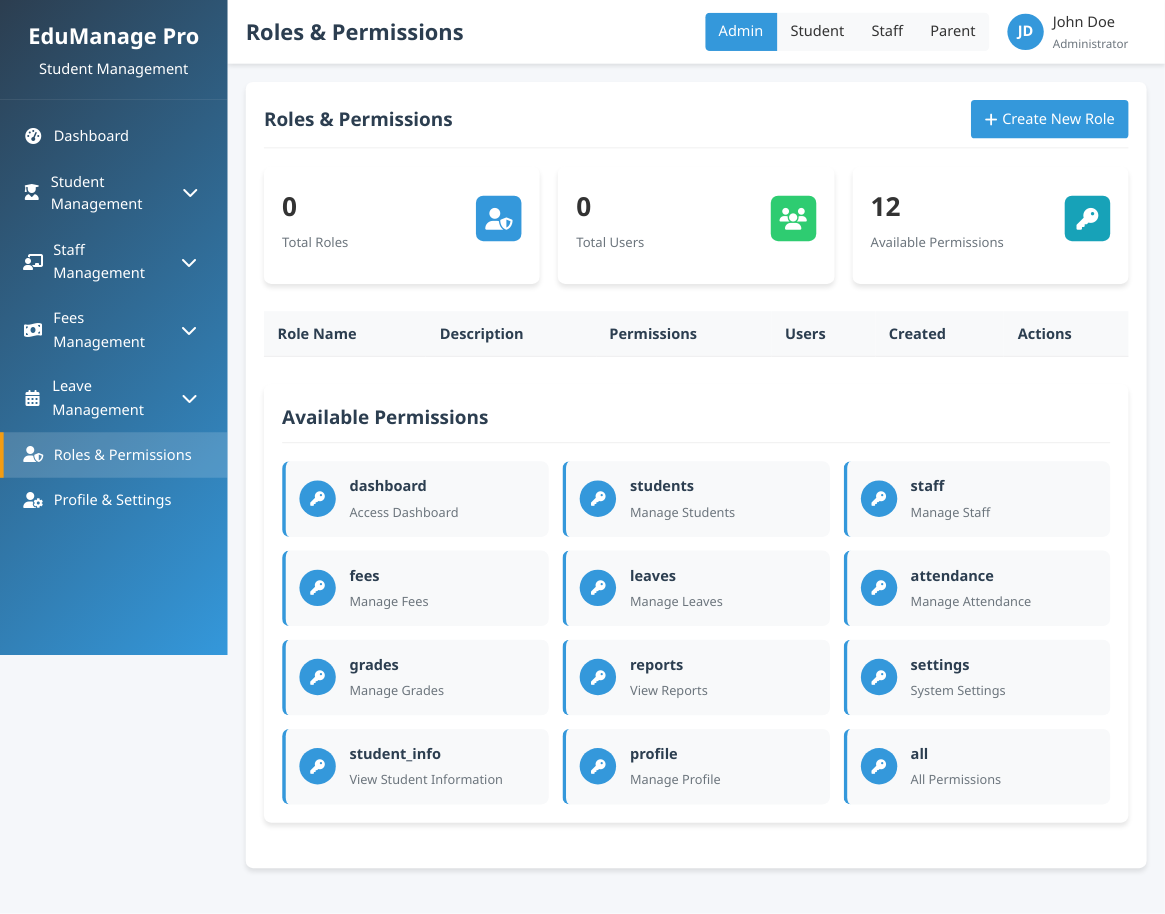
Repository: ZainJaved869/Student_Managment_System
Page: http://localhost/roles
The author's editor kept a copy of each file at every save. The page is drawn from the files as they stood at one save, then again after the next save.
The browser window is 1280 px wide. The pictures show the whole page, at 91% of full size.
The page is served by the project's Laravel application, run on PHP 8.4 with Laravel 12. A made-up administrator, Test User (test@example.com), is signed in. Other server files are loaded and not shown. Queries for data that is not in the repository find no rows.

Above is the page before, as saved 2025-11-28 21:48:15.

### routes/web.php
<?php

use App\Http\Controllers\DashboardController;
use App\Http\Controllers\StudentController;
use App\Http\Controllers\StaffController;
use App\Http\Controllers\FeeController;
use App\Http\Controllers\LeaveController;
use App\Http\Controllers\RoleController;
use App\Http\Controllers\ProfileController;

Route::get('/', [DashboardController::class, 'index'])->name('dashboard');

// Student Management Routes
Route::resource('students', StudentController::class);
Route::post('/students/bulk-delete', [StudentController::class, 'bulkDelete'])->name('students.bulk.delete');

// Staff Management Routes
Route::resource('staff', StaffController::class);
Route::post('/staff/bulk-delete', [StaffController::class, 'bulkDelete'])->name('staff.bulk.delete');

// Fees Management Routes
Route::resource('fees', FeeController::class);
Route::post('/fees/bulk-delete', [FeeController::class, 'bulkDelete'])->name('fees.bulk.delete');
Route::post('/fees/{id}/mark-as-paid', [FeeController::class, 'markAsPaid'])->name('fees.markAsPaid');

// Leave Management Routes
Route::resource('leaves', LeaveController::class);
Route::post('/leaves/bulk-delete', [LeaveController::class, 'bulkDelete'])->name('leaves.bulk.delete');
Route::post('/leaves/{id}/approve', [LeaveController::class, 'approve'])->name('leaves.approve');
Route::post('/leaves/{id}/reject', [LeaveController::class, 'reject'])->name('leaves.reject');

// Profile & Settings
Route::get('/profile', [ProfileController::class, 'edit'])->name('profile.edit');
Route::put('/profile', [ProfileController::class, 'update'])->name('profile.update');

// Roles & Permissions
// Roles & Permissions Routes
Route::resource('roles', RoleController::class);
Route::get('/roles/{id}/users', [RoleController::class, 'users'])->name('roles.users');
Route::post('/roles/{id}/assign-user', [RoleController::class, 'assignUser'])->name('roles.assignUser');
Route::delete('/roles/{roleId}/remove-user/{userId}', [RoleController::class, 'removeUser'])->name('roles.removeUser');

### app/Models/User.php
<?php

namespace App\Models;

use Illuminate\Database\Eloquent\Factories\HasFactory;
use Illuminate\Foundation\Auth\User as Authenticatable;
use Illuminate\Notifications\Notifiable;

class User extends Authenticatable
{
    use HasFactory, Notifiable;

    protected $fillable = [
        'name',
        'email',
        'password',
        'role_id',
        'status'
    ];

    protected $hidden = [
        'password',
        'remember_token',
    ];

    protected function casts(): array
    {
        return [
            'email_verified_at' => 'datetime',
            'password' => 'hashed',
        ];
    }

    // Relationship with Role
    public function role()
    {
        return $this->belongsTo(Role::class);
    }

    // Check if user has permission
    public function hasPermission($permission)
    {
        if (!$this->role) {
            return false;
        }

        return $this->role->hasPermission($permission);
    }

    // Check if user is administrator
    public function isAdministrator()
    {
        return $this->role && $this->role->name === 'Administrator';
    }
}

### app/Models/Role.php
<?php

namespace App\Models;

use Illuminate\Database\Eloquent\Factories\HasFactory;
use Illuminate\Database\Eloquent\Model;
use Illuminate\Database\Eloquent\SoftDeletes;

class Role extends Model
{
    use HasFactory, SoftDeletes;

    protected $fillable = [
        'name',
        'description',
        'permissions',
        'users_count',
        'is_system'
    ];

    protected $casts = [
        'permissions' => 'array',
        'is_system' => 'boolean'
    ];

    // Relationship with Users
    public function users()
    {
        return $this->hasMany(User::class, 'role_id');
    }

    // Check if role has a specific permission
    public function hasPermission($permission)
    {
        $permissions = $this->permissions ?? [];

        if (in_array('all', $permissions)) {
            return true;
        }

        return in_array($permission, $permissions);
    }

    // Add a permission to the role
    public function addPermission($permission)
    {
        $permissions = $this->permissions ?? [];
        if (!in_array($permission, $permissions)) {
            $permissions[] = $permission;
            $this->permissions = $permissions;
        }
        return $this;
    }

    // Remove a permission from the role
    public function removePermission($permission)
    {
        $permissions = $this->permissions ?? [];
        $key = array_search($permission, $permissions);
        if ($key !== false) {
            unset($permissions[$key]);
            $this->permissions = array_values($permissions);
        }
        return $this;
    }

    // Get users count (dynamic)
    public function getUsersCountAttribute()
    {
        return $this->users()->count();
    }
}

### resources/views/roles/index.blade.php
@extends('layouts.app')

@section('title', 'Roles & Permissions')

@section('content')
<div class="section">
    <div class="section-header">
        <h2 class="section-title">Roles & Permissions</h2>
        <div>
            <a href="{{ route('roles.create') }}" class="btn btn-primary">
                <i class="fas fa-plus"></i> Create New Role
            </a>
        </div>
    </div>

    <!-- Summary Cards -->
    <div class="dashboard-cards" style="margin-bottom: 30px;">
        <div class="card">
            <div class="card-header">
                <div>
                    <div class="card-stats">{{ count($roles) }}</div>
                    <div class="card-title">Total Roles</div>
                </div>
                <div class="card-icon" style="background-color: var(--primary);">
                    <i class="fas fa-user-shield"></i>
                </div>
            </div>
        </div>
        <div class="card">
            <div class="card-header">
                <div>
                    @php
                          $totalUsers = $roles->sum('users_count');
                    @endphp
                    <div class="card-stats">{{ $totalUsers }}</div>
                    <div class="card-title">Total Users</div>
                </div>
                <div class="card-icon" style="background-color: var(--success);">
                    <i class="fas fa-users"></i>
                </div>
            </div>
        </div>
        <div class="card">
            <div class="card-header">
                <div>
                    <div class="card-stats">{{ count($permissions) }}</div>
                    <div class="card-title">Available Permissions</div>
                </div>
                <div class="card-icon" style="background-color: var(--info);">
                    <i class="fas fa-key"></i>
                </div>
            </div>
        </div>
    </div>

    <div class="table-responsive">
        <table class="table">
            <thead>
                <tr>
                    <th>Role Name</th>
                    <th>Description</th>
                    <th>Permissions</th>
                    <th>Users</th>
                    <th>Created</th>
                    <th>Actions</th>
                </tr>
            </thead>
            <tbody>
                @foreach($roles as $role)
                <tr>
                    <td>
                        <div class="d-flex align-items-center">
                            <div class="user-avatar" style="width: 35px; height: 35px; font-size: 0.8rem; margin-right: 10px; background-color: var(--primary);">
                                <i class="fas fa-user-shield"></i>
                            </div>
                            <strong>{{ $role['name'] }}</strong>
                        </div>
                    </td>
                    <td>{{ $role['description'] }}</td>
                    <td>
                        <div class="permissions-list">
                            @if(in_array('all', $role['permissions']))
                                <span class="badge badge-success">All Permissions</span>
                            @else
                                @foreach(array_slice($role['permissions'], 0, 3) as $permission)
                                    <span class="badge badge-primary" title="{{ $permissions[$permission] ?? $permission }}">
                                        {{ $permission }}
                                    </span>
                                @endforeach
                                @if(count($role['permissions']) > 3)
                                    <span class="badge badge-secondary">
                                        +{{ count($role['permissions']) - 3 }} more
                                    </span>
                                @endif
                            @endif
                        </div>
                    </td>
                    <td>
                        <span class="badge badge-info">{{ $role['users_count'] }} users</span>
                    </td>
                    <td>{{ date('M d, Y', strtotime($role['created_at'])) }}</td>
                    <td>
                        <div class="action-buttons">
                            <a href="{{ route('roles.users', $role['id']) }}" class="btn btn-sm" title="View Users">
                                <i class="fas fa-users text-info"></i>
                            </a>
                            <a href="{{ route('roles.edit', $role['id']) }}" class="btn btn-sm" title="Edit Role">
                                <i class="fas fa-edit text-primary"></i>
                            </a>
                            @if($role['name'] !== 'Administrator')
                            <form action="{{ route('roles.destroy', $role['id']) }}" method="POST" style="display: inline;">
                                @csrf
                                @method('DELETE')
                                <button type="submit" class="btn btn-sm" title="Delete" onclick="return confirm('Are you sure you want to delete this role?')">
                                    <i class="fas fa-trash text-danger"></i>
                                </button>
                            </form>
                            @endif
                        </div>
                    </td>
                </tr>
                @endforeach
            </tbody>
        </table>
    </div>

    <!-- Permissions Overview -->
    <div class="section" style="margin-top: 30px;">
        <div class="section-header">
            <h2 class="section-title">Available Permissions</h2>
        </div>
        <div class="permissions-grid">
            @foreach($permissions as $key => $description)
            <div class="permission-item">
                <div class="permission-icon">
                    <i class="fas fa-key"></i>
                </div>
                <div class="permission-info">
                    <strong>{{ $key }}</strong>
                    <p>{{ $description }}</p>
                </div>
            </div>
            @endforeach
        </div>
    </div>
</div>

<style>
.action-buttons {
    display: flex;
    gap: 5px;
}

.action-buttons .btn {
    padding: 5px 8px;
    border: none;
    background: none;
    cursor: pointer;
}

.permissions-list {
    display: flex;
    flex-wrap: wrap;
    gap: 5px;
}

.permissions-grid {
    display: grid;
    grid-template-columns: repeat(auto-fill, minmax(250px, 1fr));
    gap: 15px;
    margin-top: 15px;
}

.permission-item {
    display: flex;
    align-items: center;
    padding: 15px;
    background: #f8f9fa;
    border-radius: 8px;
    border-left: 4px solid var(--primary);
}

.permission-icon {
    width: 40px;
    height: 40px;
    background: var(--primary);
    border-radius: 50%;
    display: flex;
    align-items: center;
    justify-content: center;
    color: white;
    margin-right: 15px;
}

.permission-info strong {
    display: block;
    color: var(--secondary);
}

.permission-info p {
    margin: 5px 0 0 0;
    color: #6c757d;
    font-size: 0.875rem;
}
</style>
@endsection

### resources/views/partials/sidebar.blade.php
<!-- Sidebar -->
<div class="sidebar">
    <div class="sidebar-header">
        <h2>EduManage Pro</h2>
        <p>Student Management</p>
    </div>
    <div class="sidebar-menu">
        <a href="{{ route('dashboard') }}" class="menu-item {{ request()->is('/') ? 'active' : '' }}">
            <i class="fas fa-tachometer-alt"></i>
            <span>Dashboard</span>
        </a>

        <div class="menu-item" id="student-management-menu">
            <i class="fas fa-user-graduate"></i>
            <span>Student Management</span>
            <i class="fas fa-chevron-down ml-auto"></i>
        </div>
        <div class="submenu" id="student-management-submenu">
            <a href="{{ route('students.index') }}" class="submenu-item {{ request()->is('students*') && !request()->is('students/create') ? 'active' : '' }}">
                <i class="fas fa-list"></i>
                <span>Student List</span>
            </a>
            <a href="{{ route('students.create') }}" class="submenu-item {{ request()->is('students/create') ? 'active' : '' }}">
                <i class="fas fa-plus"></i>
                <span>Add Student</span>
            </a>
        </div>

        <div class="menu-item" id="staff-management-menu">
            <i class="fas fa-chalkboard-teacher"></i>
            <span>Staff Management</span>
            <i class="fas fa-chevron-down ml-auto"></i>
        </div>
        <div class="submenu" id="staff-management-submenu">
            <a href="{{ route('staff.index') }}" class="submenu-item {{ request()->is('staff*') && !request()->is('staff/create') ? 'active' : '' }}">
                <i class="fas fa-list"></i>
                <span>Staff List</span>
            </a>
            <a href="{{ route('staff.create') }}" class="submenu-item {{ request()->is('staff/create') ? 'active' : '' }}">
                <i class="fas fa-plus"></i>
                <span>Add Staff</span>
            </a>
        </div>

        <div class="menu-item" id="fees-management-menu">
            <i class="fas fa-money-bill-wave"></i>
            <span>Fees Management</span>
            <i class="fas fa-chevron-down ml-auto"></i>
        </div>
        <div class="submenu" id="fees-management-submenu">
            <a href="{{ route('fees.index') }}" class="submenu-item {{ request()->is('fees*') && !request()->is('fees/create') ? 'active' : '' }}">
                <i class="fas fa-list"></i>
                <span>Fees Records</span>
            </a>
            <a href="{{ route('fees.create') }}" class="submenu-item {{ request()->is('fees/create') ? 'active' : '' }}">
                <i class="fas fa-plus"></i>
                <span>Collect Fees</span>
            </a>
        </div>

        <div class="menu-item" id="leave-management-menu">
            <i class="fas fa-calendar-alt"></i>
            <span>Leave Management</span>
            <i class="fas fa-chevron-down ml-auto"></i>
        </div>
        <div class="submenu" id="leave-management-submenu">
            <a href="{{ route('leaves.index') }}" class="submenu-item {{ request()->is('leaves*') && !request()->is('leaves/create') ? 'active' : '' }}">
                <i class="fas fa-list"></i>
                <span>Leave Applications</span>
            </a>
            <a href="{{ route('leaves.create') }}" class="submenu-item {{ request()->is('leaves/create') ? 'active' : '' }}">
                <i class="fas fa-plus"></i>
                <span>Apply for Leave</span>
            </a>
        </div>

        <a href="{{ route('roles.index') }}" class="menu-item {{ request()->is('roles*') ? 'active' : '' }}">
            <i class="fas fa-user-shield"></i>
            <span>Roles & Permissions</span>
        </a>

        <a href="{{ route('profile.edit') }}" class="menu-item {{ request()->is('profile*') ? 'active' : '' }}">
            <i class="fas fa-user-cog"></i>
            <span>Profile & Settings</span>
        </a>
    </div>
</div>

### resources/views/partials/header.blade.php
<!-- Header -->
<div class="header">
    <div class="header-left">
        <h1>@yield('title', 'Dashboard Overview')</h1>
    </div>
    <div class="header-right">
        <div class="panel-selector">
            <div class="panel-btn active" data-panel="admin">Admin</div>
            <div class="panel-btn" data-panel="student">Student</div>
            <div class="panel-btn" data-panel="staff">Staff</div>
            <div class="panel-btn" data-panel="parent">Parent</div>
        </div>
        <div class="user-info">
            <div class="user-avatar">JD</div>
            <div>
                <div>John Doe</div>
                <div style="font-size: 0.8rem; color: #6c757d;">Administrator</div>
            </div>
        </div>
    </div>
</div>

Loaded but not shown: app/Http/Controllers/Controller.php (common file); resources/views/layouts/app.blade.php (636 lines, source omitted); app/Http/Controllers/RoleController.php (233 lines, source omitted)

After the next save:
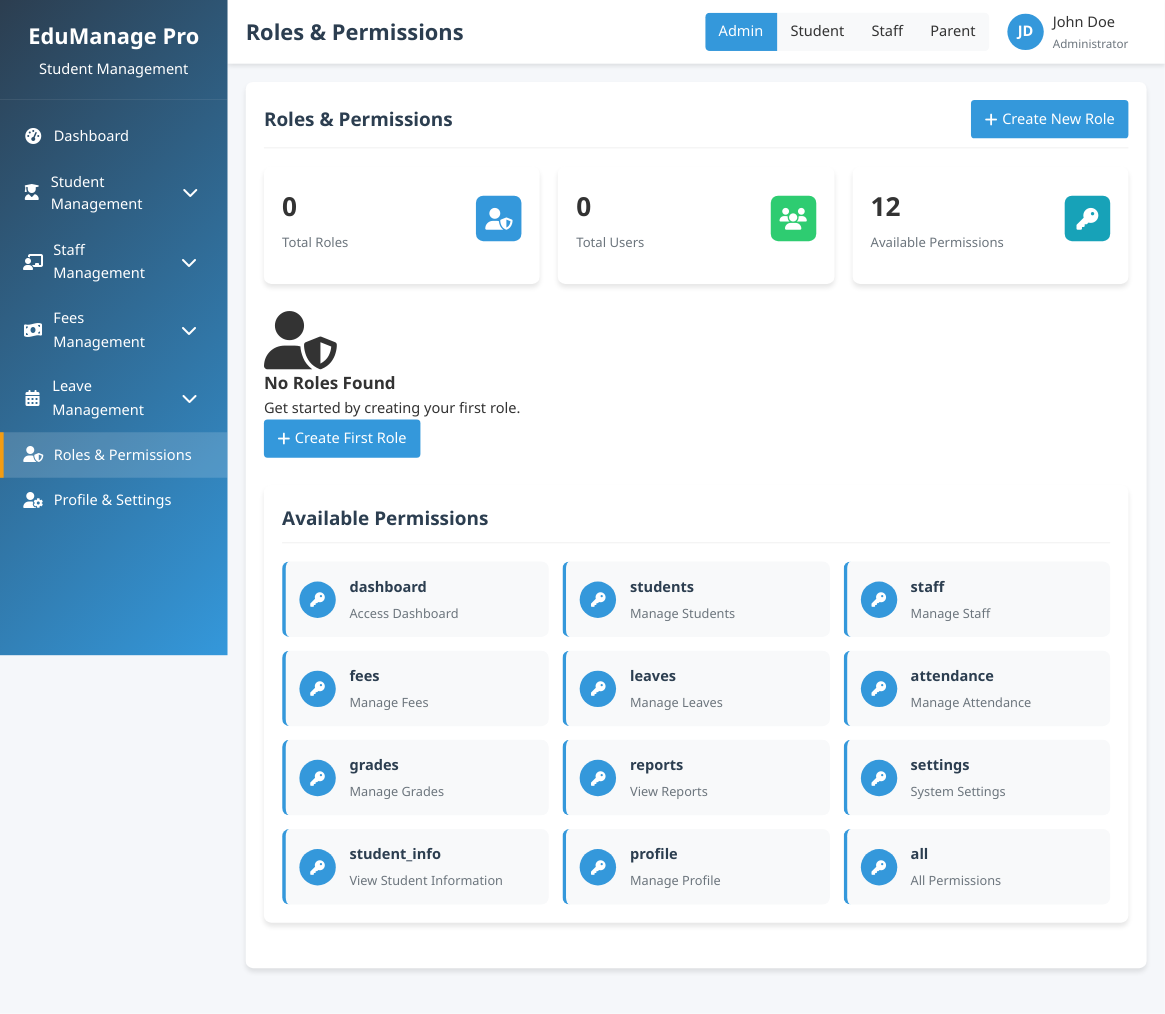
Saved 22 s later.
--- a/resources/views/roles/index.blade.php
+++ b/resources/views/roles/index.blade.php
@@ -18,7 +18,7 @@
         <div class="card">
             <div class="card-header">
                 <div>
-                    <div class="card-stats">{{ count($roles) }}</div>
+                    <div class="card-stats">{{ $roles->count() }}</div>
                     <div class="card-title">Total Roles</div>
                 </div>
                 <div class="card-icon" style="background-color: var(--primary);">
@@ -30,7 +30,10 @@
             <div class="card-header">
                 <div>
                     @php
-                          $totalUsers = $roles->sum('users_count');
+                        $totalUsers = 0;
+                        foreach($roles as $role) {
+                            $totalUsers += $role->users_count;
+                        }
                     @endphp
                     <div class="card-stats">{{ $totalUsers }}</div>
                     <div class="card-title">Total Users</div>
@@ -53,6 +56,7 @@
         </div>
     </div>
 
+    @if($roles->count() > 0)
     <div class="table-responsive">
         <table class="table">
             <thead>
@@ -73,42 +77,45 @@
                             <div class="user-avatar" style="width: 35px; height: 35px; font-size: 0.8rem; margin-right: 10px; background-color: var(--primary);">
                                 <i class="fas fa-user-shield"></i>
                             </div>
-                            <strong>{{ $role['name'] }}</strong>
+                            <strong>{{ $role->name }}</strong>
+                            @if($role->is_system)
+                                <span class="badge badge-warning ml-2">System</span>
+                            @endif
                         </div>
                     </td>
-                    <td>{{ $role['description'] }}</td>
+                    <td>{{ $role->description }}</td>
                     <td>
                         <div class="permissions-list">
-                            @if(in_array('all', $role['permissions']))
+                            @if(in_array('all', $role->permissions ?? []))
                                 <span class="badge badge-success">All Permissions</span>
                             @else
-                                @foreach(array_slice($role['permissions'], 0, 3) as $permission)
+                                @foreach(array_slice($role->permissions ?? [], 0, 3) as $permission)
                                     <span class="badge badge-primary" title="{{ $permissions[$permission] ?? $permission }}">
                                         {{ $permission }}
                                     </span>
                                 @endforeach
-                                @if(count($role['permissions']) > 3)
+                                @if(count($role->permissions ?? []) > 3)
                                     <span class="badge badge-secondary">
-                                        +{{ count($role['permissions']) - 3 }} more
+                                        +{{ count($role->permissions ?? []) - 3 }} more
                                     </span>
                                 @endif
                             @endif
                         </div>
                     </td>
                     <td>
-                        <span class="badge badge-info">{{ $role['users_count'] }} users</span>
-                    </td>
-                    <td>{{ date('M d, Y', strtotime($role['created_at'])) }}</td>
+                        <span class="badge badge-info">{{ $role->users_count }} users</span>
+                    </td>
+                    <td>{{ $role->created_at->format('M d, Y') }}</td>
                     <td>
                         <div class="action-buttons">
-                            <a href="{{ route('roles.users', $role['id']) }}" class="btn btn-sm" title="View Users">
+                            <a href="{{ route('roles.users', $role->id) }}" class="btn btn-sm" title="View Users">
                                 <i class="fas fa-users text-info"></i>
                             </a>
-                            <a href="{{ route('roles.edit', $role['id']) }}" class="btn btn-sm" title="Edit Role">
+                            <a href="{{ route('roles.edit', $role->id) }}" class="btn btn-sm" title="Edit Role">
                                 <i class="fas fa-edit text-primary"></i>
                             </a>
-                            @if($role['name'] !== 'Administrator')
-                            <form action="{{ route('roles.destroy', $role['id']) }}" method="POST" style="display: inline;">
+                            @if(!$role->is_system)
+                            <form action="{{ route('roles.destroy', $role->id) }}" method="POST" style="display: inline;">
                                 @csrf
                                 @method('DELETE')
                                 <button type="submit" class="btn btn-sm" title="Delete" onclick="return confirm('Are you sure you want to delete this role?')">
@@ -123,6 +130,16 @@
             </tbody>
         </table>
     </div>
+    @else
+    <div class="text-center py-5">
+        <i class="fas fa-user-shield fa-4x text-muted mb-3"></i>
+        <h3>No Roles Found</h3>
+        <p class="text-muted">Get started by creating your first role.</p>
+        <a href="{{ route('roles.create') }}" class="btn btn-primary">
+            <i class="fas fa-plus"></i> Create First Role
+        </a>
+    </div>
+    @endif
 
     <!-- Permissions Overview -->
     <div class="section" style="margin-top: 30px;">
